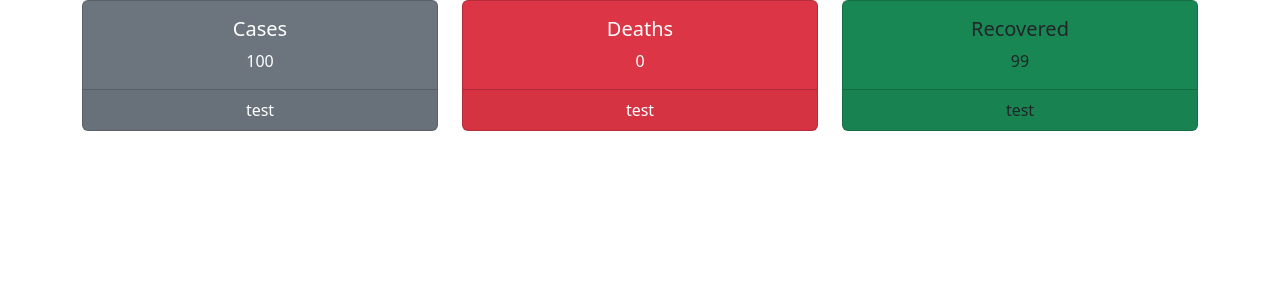
Repository: azizdeghais/CovidTracker
Page: /
An editor plug-in stored every save of this project. The page is shown before and after the next save, followed by the edit.
The browser window is 1280 px wide. The pictures show the whole page.
The project was rebuilt for these pictures with package versions that can differ from the ones it lists, and the page was loaded fresh each time. Also part of the build but not shown: vite.config.js.

Above is the page before, as saved 2023-03-09 15:51:08.

After the next save:
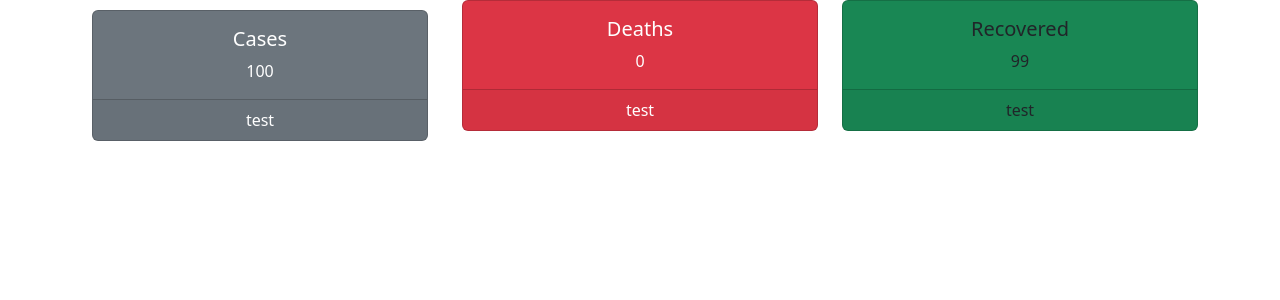
Saved 20 s later.
--- a/src/App.jsx
+++ b/src/App.jsx
@@ -16,7 +16,7 @@ function App() {
     <Container>
       <Row >
         <Col>
-          <Card className='text-center' bg='secondary' text='white' >
+          <Card className='text-center' bg='secondary' text='white' style={{margin:'10px'}} >
             <Card.Body>
               <Card.Title>Cases</Card.Title>
               <Card.Text>
